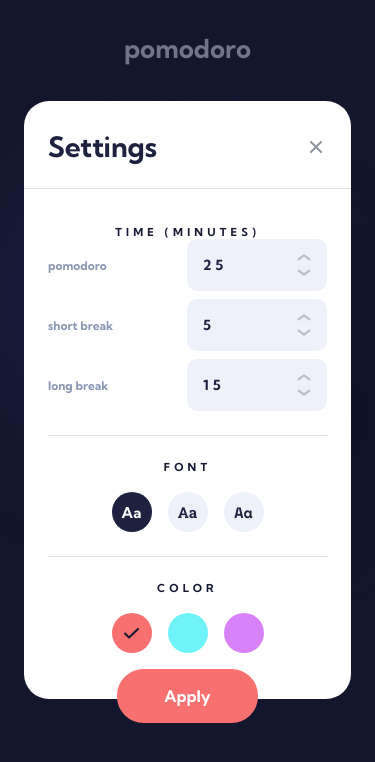
Repository: blordeus/pomodoro-app
Page: /, after clicking the first element matching `button.settings-trigger`
These files come from the project's save history. The page is drawn as it stood at one moment and after the next save; the edit follows.
The browser window is 375 px wide. The pictures show the whole page.
The project was rebuilt for these pictures with package versions that can differ from the ones it lists, and the page was loaded fresh each time.

Above is the page before, as saved 2026-05-09 18:33:09.

### index.html
<!doctype html>
<html lang="en">
  <head>
    <meta charset="UTF-8" />
    <meta name="viewport" content="width=device-width, initial-scale=1.0" />
    <title>Pomodoro App</title>
  </head>
  <body>
    <div id="root"></div>
    <script type="module" src="/src/main.jsx"></script>
  </body>
</html>

### src/main.jsx
import React from 'react';
import { createRoot } from 'react-dom/client';
import './index.css';
import App from './App.jsx';

createRoot(document.getElementById('root')).render(
  <React.StrictMode>
    <App />
  </React.StrictMode>
);

### src/index.css
@import url('https://fonts.googleapis.com/css2?family=Kumbh+Sans:wght@400;700&family=Roboto+Slab:wght@400;700&family=Space+Mono:wght@400;700&display=swap');

/* ─── Design Tokens ─────────────────────────────────────────── */
:root {
  --bg: #1E213F;
  --surface: #161932;
  --surface-alt: #0D0E1C;
  --text-primary: #D7E0FF;
  --text-muted: #8895B3;
  --modal-bg: #FFFFFF;
  --modal-text: #161932;
  --modal-label: #1E213F;
  --modal-section-title: #161932;
  --input-bg: #EFF1FA;
  --input-text: #1E213F;
  --divider: #E3E1E1;

  /* Accent — overridden by useSettings via JS */
  --accent: #F87070;

  /* Font — overridden by useSettings via JS */
  --font-app: 'Kumbh Sans', sans-serif;

  /* Timer sizing */
  --timer-outer: 410px;
  --timer-inner: 340px;
  --timer-ring-size: 339px;
}

/* ─── Reset & Base ──────────────────────────────────────────── */
*, *::before, *::after {
  box-sizing: border-box;
  margin: 0;
  padding: 0;
}

body {
  font-family: var(--font-app);
  background-color: var(--bg);
  color: var(--text-primary);
  min-height: 100vh;
  transition: font-family 0.2s ease;
}

button {
  cursor: pointer;
  border: none;
  background: none;
  font-family: inherit;
}

/* ─── App Layout ────────────────────────────────────────────── */
.app {
  display: flex;
  flex-direction: column;
  align-items: center;
  padding: 48px 24px 56px;
  min-height: 100vh;
}

.app__title {
  font-size: 1.625rem;
  font-weight: 700;
  letter-spacing: 0;
  color: var(--text-primary);
  margin-bottom: 45px;
}

/* ─── Mode Selector ─────────────────────────────────────────── */
.mode-selector {
  display: flex;
  align-items: center;
  background-color: var(--surface);
  border-radius: 31.5px;
  padding: 8px;
  gap: 0;
  margin-bottom: 48px;
}

.mode-btn {
  font-family: var(--font-app);
  font-size: 0.75rem;
  font-weight: 700;
  color: var(--text-muted);
  border-radius: 26.5px;
  padding: 14px 24px;
  transition: color 0.25s ease, background-color 0.25s ease;
  white-space: nowrap;
}

.mode-btn:hover {
  color: var(--text-primary);
}

.mode-btn--active {
  background-color: var(--accent);
  color: var(--modal-label);
}

/* ─── Timer ─────────────────────────────────────────────────── */
.timer-wrapper {
  margin-bottom: 63px;
}

.timer-outer {
  width: var(--timer-outer);
  height: var(--timer-outer);
  border-radius: 50%;
  background: linear-gradient(315deg, #2E325A 0%, #0E112A 100%);
  box-shadow:
    -50px -50px 100px #272C5A,
    50px 50px 100px #121530;
  display: flex;
  align-items: center;
  justify-content: center;
}

.timer-inner {
  width: var(--timer-inner);
  height: var(--timer-inner);
  border-radius: 50%;
  background: var(--surface);
  display: flex;
  align-items: center;
  justify-content: center;
  position: relative;
}

.timer-ring {
  position: absolute;
  inset: 0;
  display: flex;
  align-items: center;
  justify-content: center;
  width: 100%;
  height: 100%;
  padding: 20px;
}

.progress-ring {
  overflow: visible;
  width: 100%;
  height: 100%;
}

.timer-face {
  position: relative;
  z-index: 1;
  display: flex;
  flex-direction: column;
  align-items: center;
  gap: 15px;
  padding: 20px 40px;
  border-radius: 50%;
  background: transparent;
  transition: opacity 0.15s ease;
}

.timer-face:hover .timer-action {
  color: var(--accent);
}

.timer-time {
  font-family: var(--font-app);
  font-size: 5.5rem;
  font-weight: 700;
  color: var(--text-primary);
  letter-spacing: -4px;
  line-height: 1;
}

.timer-action {
  font-family: var(--font-app);
  font-size: 0.875rem;
  font-weight: 700;
  letter-spacing: 13px;
  color: var(--text-primary);
  text-transform: uppercase;
  transition: color 0.2s ease;
  /* offset to account for letter-spacing on last char */
  padding-left: 13px;
}

/* ─── Settings Trigger ──────────────────────────────────────── */
.settings-trigger {
  color: var(--text-muted);
  transition: color 0.2s ease;
  padding: 8px;
}

.settings-trigger:hover {
  color: var(--text-primary);
}

.settings-trigger img {
  opacity: 0.5;
  transition: opacity 0.2s ease;
}

.settings-trigger:hover img {
  opacity: 1;
}

/* ─── Settings Modal ────────────────────────────────────────── */
.modal-backdrop {
  position: fixed;
  inset: 0;
  background: rgba(10, 12, 28, 0.5);
  display: flex;
  align-items: center;
  justify-content: center;
  z-index: 100;
  padding: 24px;
}

.modal {
  background: var(--modal-bg);
  border-radius: 25px;
  width: 100%;
  max-width: 540px;
  position: relative;
  overflow: visible;
}

.modal__header {
  display: flex;
  align-items: center;
  justify-content: space-between;
  padding: 34px 40px 28px;
  border-bottom: 1px solid var(--divider);
}

.modal__title {
  font-size: 1.75rem;
  font-weight: 700;
  color: var(--modal-label);
}

.modal__close {
  color: var(--text-muted);
  padding: 4px;
  transition: color 0.2s ease;
  display: flex;
  align-items: center;
  justify-content: center;
}

.modal__close:hover {
  color: var(--modal-label);
}

.modal__body {
  padding: 24px 40px;
}

.modal__section {
  padding: 24px 0;
}

.modal__section--row {
  display: flex;
  align-items: center;
  justify-content: space-between;
}

.modal__section-title {
  font-size: 0.6875rem;
  font-weight: 700;
  letter-spacing: 4.23px;
  color: var(--modal-section-title);
  text-transform: uppercase;
  margin-bottom: 18px;
}

.modal__section--row .modal__section-title {
  margin-bottom: 0;
}

.modal__time-inputs {
  display: flex;
  gap: 20px;
}

.modal__divider {
  height: 1px;
  background: var(--divider);
}

.modal__options {
  display: flex;
  gap: 16px;
  align-items: center;
}

.modal__footer {
  display: flex;
  justify-content: center;
  padding-bottom: 0;
  /* Apply button overlaps the bottom of the modal */
  margin-top: -20px;
  margin-bottom: -24px;
}

/* ─── TimeInput ─────────────────────────────────────────────── */
.time-input {
  flex: 1;
  display: flex;
  flex-direction: column;
  gap: 8px;
}

.time-input__label {
  font-size: 0.75rem;
  font-weight: 700;
  color: var(--text-muted);
}

.time-input__control {
  display: flex;
  align-items: center;
  justify-content: space-between;
  background: var(--input-bg);
  border-radius: 10px;
  padding: 14px 16px;
  gap: 16px;
}

.time-input__value {
  font-size: 0.875rem;
  font-weight: 700;
  color: var(--input-text);
}

.time-input__arrows {
  display: flex;
  flex-direction: column;
  gap: 8px;
}

.time-input__arrow {
  color: #8895B3;
  display: flex;
  align-items: center;
  justify-content: center;
  transition: color 0.15s ease;
  padding: 0;
  line-height: 1;
}

.time-input__arrow img {
  width: 14px;
  height: 8px;
}

.time-input__arrow:hover {
  color: var(--input-text);
}

/* ─── Font Buttons ──────────────────────────────────────────── */
.font-btn {
  width: 40px;
  height: 40px;
  border-radius: 50%;
  font-size: 0.9375rem;
  font-weight: 700;
  background: var(--input-bg);
  color: var(--modal-label);
  display: flex;
  align-items: center;
  justify-content: center;
  transition: background-color 0.2s ease, color 0.2s ease;
}

.font-btn--active {
  background: var(--modal-label);
  color: var(--modal-bg);
}

/* ─── Color Buttons ─────────────────────────────────────────── */
.color-btn {
  width: 40px;
  height: 40px;
  border-radius: 50%;
  position: relative;
  transition: opacity 0.2s ease;
}

.color-btn:hover {
  opacity: 0.85;
}

.color-btn--active::after {
  content: '';
  position: absolute;
  inset: 0;
  display: flex;
  align-items: center;
  justify-content: center;
  background-image: url("data:[embedded picture, 244 characters]");
  background-repeat: no-repeat;
  background-position: center;
}

/* ─── Apply Button ──────────────────────────────────────────── */
.apply-btn {
  font-family: var(--font-app);
  font-size: 1rem;
  font-weight: 700;
  color: white;
  background: var(--accent);
  border-radius: 26.5px;
  padding: 17px 47px;
  transition: filter 0.2s ease;
}

.apply-btn:hover {
  filter: brightness(1.15);
}

/* ─── Responsive ────────────────────────────────────────────── */
@media (max-width: 600px) {
  :root {
    --timer-outer: 300px;
    --timer-inner: 267px;
    --timer-ring-size: 248px;
  }

  .app {
    padding: 32px 24px 48px;
  }

  .app__title {
    margin-bottom: 40px;
  }

  .mode-selector {
    margin-bottom: 45px;
  }

  .mode-btn {
    padding: 11px 16px;
    font-size: 0.6875rem;
  }

  .timer-time {
    font-size: 5rem;
    letter-spacing: -3px;
  }

  .timer-wrapper {
    margin-bottom: 56px;
  }

  /* Settings modal: stack time inputs vertically */
  .modal__time-inputs {
    flex-direction: column;
    gap: 8px;
  }

  .time-input__control {
    width: 140px;
    flex-shrink: 0;
  }

  .time-input__value {
    letter-spacing: 4px;
  }

  .time-input {
    flex-direction: row;
    align-items: center;
    justify-content: space-between;
  }

  .time-input__label {
    flex-shrink: 0;
  }

  .modal__header {
    padding: 28px 24px 24px;
  }

  .modal__body {
    padding: 12px 24px;
  }

  .modal__section--row {
    flex-direction: column;
    align-items: center;
    gap: 18px;
    text-align: center;
  }

  .modal__section-title {
    margin-bottom: 0;
    text-align: center;
  }


}

### src/App.jsx
import React, { useState } from 'react';
import { useTimer } from './hooks/useTimer';
import { useSettings } from './hooks/useSettings';
import ModeSelector from './components/ModeSelector';
import TimerDisplay from './components/TimerDisplay';
import SettingsModal from './components/SettingsModal';

const App = () => {
  const { settings, applySettings } = useSettings();
  const { mode, status, formattedTime, progress, start, pause, restart, switchMode } = useTimer(settings);
  const [showSettings, setShowSettings] = useState(false);

  return (
    <div className="app">
      <h1 className="app__title">pomodoro</h1>

      <ModeSelector mode={mode} onSwitch={switchMode} />

      <TimerDisplay
        formattedTime={formattedTime}
        progress={progress}
        status={status}
        onStart={start}
        onPause={pause}
        onRestart={restart}
      />

      <button
        className="settings-trigger"
        onClick={() => setShowSettings(true)}
        aria-label="Open settings"
      >
        <img src="/assets/icon-settings.svg" alt="" />
      </button>

      {showSettings && (
        <SettingsModal
          settings={settings}
          onApply={applySettings}
          onClose={() => setShowSettings(false)}
        />
      )}
    </div>
  );
};

export default App;

### src/hooks/useTimer.js
import { useState, useEffect, useRef, useCallback } from 'react';

const MODES = {
  pomodoro: 'pomodoro',
  shortBreak: 'shortBreak',
  longBreak: 'longBreak',
};

export const useTimer = (settings) => {
  const [mode, setMode] = useState(MODES.pomodoro);
  const [status, setStatus] = useState('idle'); // idle | running | paused | complete
  const [timeLeft, setTimeLeft] = useState(settings.pomodoro * 60);
  const intervalRef = useRef(null);

  const totalTime = settings[mode] * 60;

  // Reset timer when mode or settings change
  useEffect(() => {
    clearInterval(intervalRef.current);
    setStatus('idle');
    setTimeLeft(settings[mode] * 60);
  }, [mode, settings]);

  useEffect(() => {
    if (status === 'running') {
      intervalRef.current = setInterval(() => {
        setTimeLeft((prev) => {
          if (prev <= 1) {
            clearInterval(intervalRef.current);
            setStatus('complete');
            return 0;
          }
          return prev - 1;
        });
      }, 1000);
    } else {
      clearInterval(intervalRef.current);
    }

    return () => clearInterval(intervalRef.current);
  }, [status]);

  const start = useCallback(() => setStatus('running'), []);
  const pause = useCallback(() => setStatus('paused'), []);
  const restart = useCallback(() => {
    setStatus('idle');
    setTimeLeft(settings[mode] * 60);
  }, [mode, settings]);

  const switchMode = useCallback((newMode) => {
    setMode(newMode);
  }, []);

  const minutes = Math.floor(timeLeft / 60);
  const seconds = timeLeft % 60;
  const formattedTime = `${String(minutes).padStart(2, '0')}:${String(seconds).padStart(2, '0')}`;
  const progress = timeLeft / totalTime; // 1 = full, 0 = empty

  return {
    mode,
    status,
    timeLeft,
    totalTime,
    formattedTime,
    progress,
    start,
    pause,
    restart,
    switchMode,
    MODES,
  };
};

### src/hooks/useSettings.js
import { useState, useEffect } from 'react';

const STORAGE_KEY = 'pomodoro-settings';

const DEFAULT_SETTINGS = {
  pomodoro: 25,
  shortBreak: 5,
  longBreak: 15,
  font: 'kumbh',   // kumbh | roboto | mono
  color: 'red',    // red | cyan | purple
};

export const useSettings = () => {
  const [settings, setSettings] = useState(() => {
    try {
      const saved = localStorage.getItem(STORAGE_KEY);
      return saved ? { ...DEFAULT_SETTINGS, ...JSON.parse(saved) } : DEFAULT_SETTINGS;
    } catch {
      return DEFAULT_SETTINGS;
    }
  });

  // Apply font + color to :root whenever settings change
  useEffect(() => {
    const root = document.documentElement;

    const fontMap = {
      kumbh: "'Kumbh Sans', sans-serif",
      roboto: "'Roboto Slab', serif",
      mono: "'Space Mono', monospace",
    };

    const colorMap = {
      red: '#F87070',
      cyan: '#70F3F8',
      purple: '#D881F8',
    };

    root.style.setProperty('--accent', colorMap[settings.color]);
    root.style.setProperty('--font-app', fontMap[settings.font]);
  }, [settings.font, settings.color]);

  const applySettings = (newSettings) => {
    const merged = { ...settings, ...newSettings };
    setSettings(merged);
    try {
      localStorage.setItem(STORAGE_KEY, JSON.stringify(merged));
    } catch {
      // storage unavailable, silently continue
    }
  };

  return { settings, applySettings };
};

### src/components/ModeSelector.jsx
import React, { useState } from 'react';

const LABELS = {
  pomodoro: 'pomodoro',
  shortBreak: 'short break',
  longBreak: 'long break',
};

const ModeSelector = ({ mode, onSwitch }) => {
  return (
    <nav className="mode-selector" aria-label="Timer mode">
      {Object.entries(LABELS).map(([key, label]) => (
        <button
          key={key}
          className={`mode-btn${mode === key ? ' mode-btn--active' : ''}`}
          onClick={() => onSwitch(key)}
          aria-pressed={mode === key}
        >
          {label}
        </button>
      ))}
    </nav>
  );
};

export default ModeSelector;

### src/components/TimerDisplay.jsx
import React, { useState } from 'react';
import CircularProgress from './CircularProgress';

const ACTION_LABELS = {
  idle: 'START',
  running: 'PAUSE',
  paused: 'RESUME',
  complete: 'RESTART',
};

const TimerDisplay = ({ formattedTime, progress, status, onStart, onPause, onRestart }) => {
  const actionLabel = ACTION_LABELS[status];

  const handleAction = () => {
    if (status === 'idle' || status === 'paused') onStart();
    else if (status === 'running') onPause();
    else if (status === 'complete') onRestart();
  };

  return (
    <div className="timer-wrapper">
      {/* Outer decorative circle with layered shadow effect */}
      <div className="timer-outer">
        <div className="timer-inner">
          {/* SVG progress ring sits behind the content */}
          <div className="timer-ring">
            <CircularProgress progress={progress} />
          </div>
          {/* Time + action button */}
          <button
            className="timer-face"
            onClick={handleAction}
            aria-label={`${actionLabel} timer, time remaining ${formattedTime}`}
          >
            <span className="timer-time">{formattedTime}</span>
            <span className="timer-action">{actionLabel}</span>
          </button>
        </div>
      </div>
    </div>
  );
};

export default TimerDisplay;

### src/components/SettingsModal.jsx
import React, { useState } from 'react';
import TimeInput from './TimeInput';

const FONTS = [
  { key: 'kumbh', label: 'Aa', style: { fontFamily: "'Kumbh Sans', sans-serif" } },
  { key: 'roboto', label: 'Aa', style: { fontFamily: "'Roboto Slab', serif" } },
  { key: 'mono', label: 'Aa', style: { fontFamily: "'Space Mono', monospace" } },
];

const COLORS = [
  { key: 'red', hex: '#F87070' },
  { key: 'cyan', hex: '#70F3F8' },
  { key: 'purple', hex: '#D881F8' },
];

const SettingsModal = ({ settings, onApply, onClose }) => {
  const [draft, setDraft] = useState({ ...settings });

  const update = (key, value) => setDraft((prev) => ({ ...prev, [key]: value }));

  const handleApply = () => {
    onApply(draft);
    onClose();
  };

  // Close on backdrop click
  const handleBackdrop = (e) => {
    if (e.target === e.currentTarget) onClose();
  };

  return (
    <div className="modal-backdrop" onClick={handleBackdrop} role="dialog" aria-modal="true" aria-labelledby="settings-title">
      <div className="modal">
        <div className="modal__header">
          <h2 className="modal__title" id="settings-title">Settings</h2>
          <button className="modal__close" onClick={onClose} aria-label="Close settings">
            <img src="/assets/icon-close.svg" alt="" />
          </button>
        </div>

        <div className="modal__body">
          {/* Time inputs */}
          <section className="modal__section">
            <h3 className="modal__section-title">Time (Minutes)</h3>
            <div className="modal__time-inputs">
              <TimeInput
                label="pomodoro"
                value={draft.pomodoro}
                onChange={(v) => update('pomodoro', v)}
              />
              <TimeInput
                label="short break"
                value={draft.shortBreak}
                onChange={(v) => update('shortBreak', v)}
              />
              <TimeInput
                label="long break"
                value={draft.longBreak}
                onChange={(v) => update('longBreak', v)}
              />
            </div>
          </section>

          <div className="modal__divider" />

          {/* Font picker */}
          <section className="modal__section modal__section--row">
            <h3 className="modal__section-title">Font</h3>
            <div className="modal__options">
              {FONTS.map(({ key, label, style }) => (
                <button
                  key={key}
                  className={`font-btn${draft.font === key ? ' font-btn--active' : ''}`}
                  style={style}
                  onClick={() => update('font', key)}
                  aria-label={`Font ${key}`}
                  aria-pressed={draft.font === key}
                >
                  {label}
                </button>
              ))}
            </div>
          </section>

          <div className="modal__divider" />

          {/* Color picker */}
          <section className="modal__section modal__section--row">
            <h3 className="modal__section-title">Color</h3>
            <div className="modal__options">
              {COLORS.map(({ key, hex }) => (
                <button
                  key={key}
                  className={`color-btn${draft.color === key ? ' color-btn--active' : ''}`}
                  style={{ backgroundColor: hex }}
                  onClick={() => update('color', key)}
                  aria-label={`Color ${key}`}
                  aria-pressed={draft.color === key}
                />
              ))}
            </div>
          </section>
        </div>

        <div className="modal__footer">
          <button className="apply-btn" onClick={handleApply}>
            Apply
          </button>
        </div>
      </div>
    </div>
  );
};

export default SettingsModal;

### src/components/CircularProgress.jsx
import React, { useState } from 'react';

const CircularProgress = ({ progress, size = 339, strokeWidth = 10 }) => {
  const radius = (size - strokeWidth) / 2;
  const circumference = 2 * Math.PI * radius;
  const offset = circumference - progress * circumference;

  return (
    <svg
      width="100%"
      height="100%"
      viewBox={`0 0 ${size} ${size}`}
      className="progress-ring"
      aria-hidden="true"
    >
      {/* Track (background ring) — invisible, just for spacing */}
      <circle
        cx={size / 2}
        cy={size / 2}
        r={radius}
        fill="none"
        stroke="transparent"
        strokeWidth={strokeWidth}
      />
      {/* Progress arc */}
      <circle
        cx={size / 2}
        cy={size / 2}
        r={radius}
        fill="none"
        stroke="var(--accent)"
        strokeWidth={strokeWidth}
        strokeLinecap="round"
        strokeDasharray={circumference}
        strokeDashoffset={offset}
        // Start at 12 o'clock (default SVG starts at 3 o'clock)
        transform={`rotate(-90 ${size / 2} ${size / 2})`}
        style={{ transition: 'stroke-dashoffset 0.5s linear' }}
      />
    </svg>
  );
};

export default CircularProgress;

### src/components/TimeInput.jsx
import React, { useState } from "react";

const TimeInput = ({ label, value, onChange, min = 1, max = 60 }) => {
  const increment = () => onChange(Math.min(max, value + 1));
  const decrement = () => onChange(Math.max(min, value - 1));

  return (
    <div className="time-input">
      <label className="time-input__label" htmlFor={`time-${label}`}>
        {label}
      </label>
      <div className="time-input__control">
        <span
          className="time-input__value"
          id={`time-${label}`}
          aria-live="polite"
        >
          {value}
        </span>
        <div className="time-input__arrows" aria-hidden="true">
          <div className="time-input__arrows">
            <button
              className="time-input__arrow"
              onClick={increment}
              aria-label={`Increase ${label}`}
            >
              <img src="/assets/icon-arrow-up.svg" alt="" />
            </button>
            <button
              className="time-input__arrow"
              onClick={decrement}
              aria-label={`Decrease ${label}`}
            >
              <img src="/assets/icon-arrow-down.svg" alt="" />
            </button>
          </div>
        </div>
      </div>
    </div>
  );
};

export default TimeInput;

After the next save:
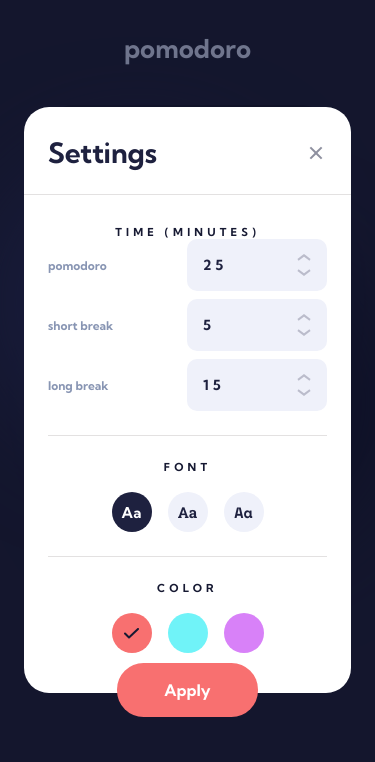
Saved 14 s later.
--- a/src/index.css
+++ b/src/index.css
@@ -481,7 +481,7 @@ button {
   }
 
   .modal__body {
-    padding: 12px 24px;
+    padding: 6px 24px;
   }
 
   .modal__section--row {
